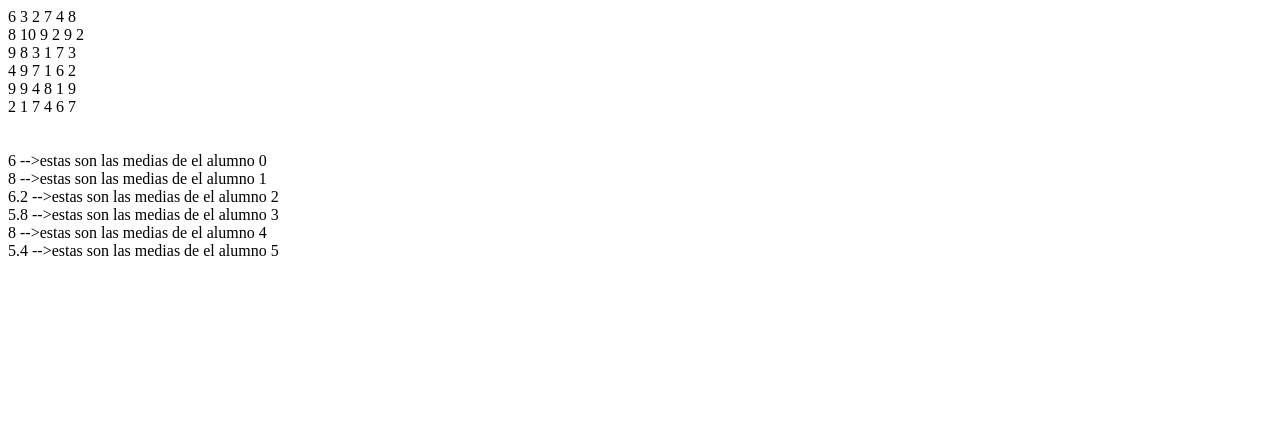
Repository: Sxcram02/1-daw
Page: http://localhost/notaMedia.php
An editor plug-in stored every save of this project. The page is shown before and after the next save, followed by the edit.
The browser window is 1280 px wide. The pictures show the whole page.
The page is run by PHP 8.4 with error messages shown; the project is at /var/www/html/.

Above is the page before, as saved 2023-01-19 15:51:09.

### PHP/notaMedia.php
<?php
    for($fila=0;$fila<=5;$fila++){
        for($columna=0;$columna<=5;$columna++){
            $notas_alumnos[$fila][$columna] = rand(1,10);
            echo $notas_alumnos[$fila][$columna], " ";
        };
        echo "<br />";
    };
    echo "<br />";
    echo "<br />";

    for($v1=0;$v1<=5;$v1++){
            $nota_media[$v1] = array_sum($notas_alumnos[$v1])/5;
            echo $nota_media[$v1],"  -->", "estas son las medias de el alumno ", $v1;
            echo "<br />";
    };

?>

After the next save:
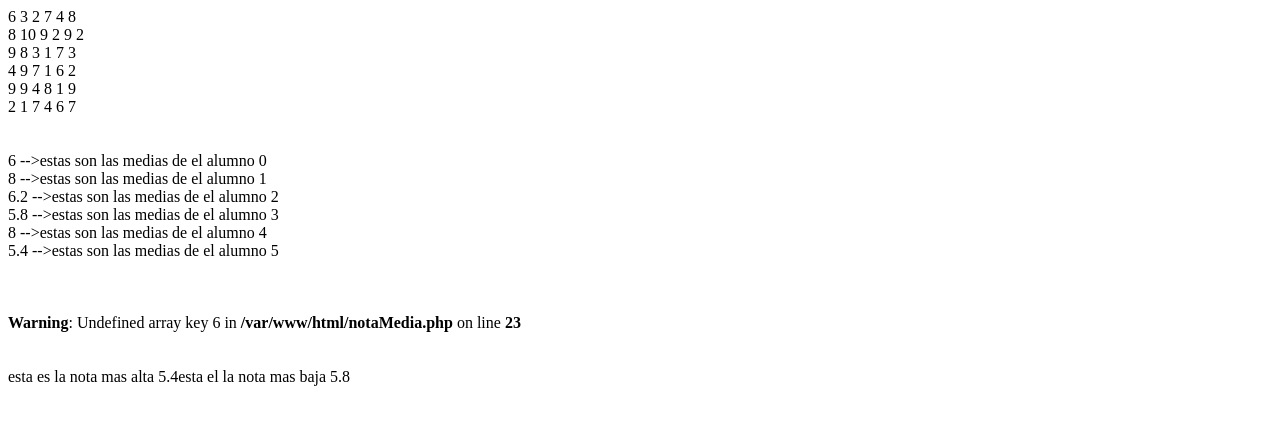
Saved 4 min 28 s later.
--- a/PHP/notaMedia.php
+++ b/PHP/notaMedia.php
@@ -15,4 +15,23 @@
             echo "<br />";
     };
 
+    echo "<br />";
+    echo "<br />";
+
+    for($i=0;$i<=5;$i++){
+        switch ($nota_media[$i]){
+            case $nota_media[$i] > $nota_media[$i+1]:
+                $mayor = $nota_media[$i];
+                break;
+            case $nota_media[$i] < $nota_media[$i+1]:
+                $menor = $nota_media[$i];
+                break;
+        };
+    };
+    echo "<br />";
+    echo "<br />";
+
+    echo "esta es la nota mas alta ", $mayor;
+    echo "esta el la nota mas baja ", $menor;
+
 ?>
